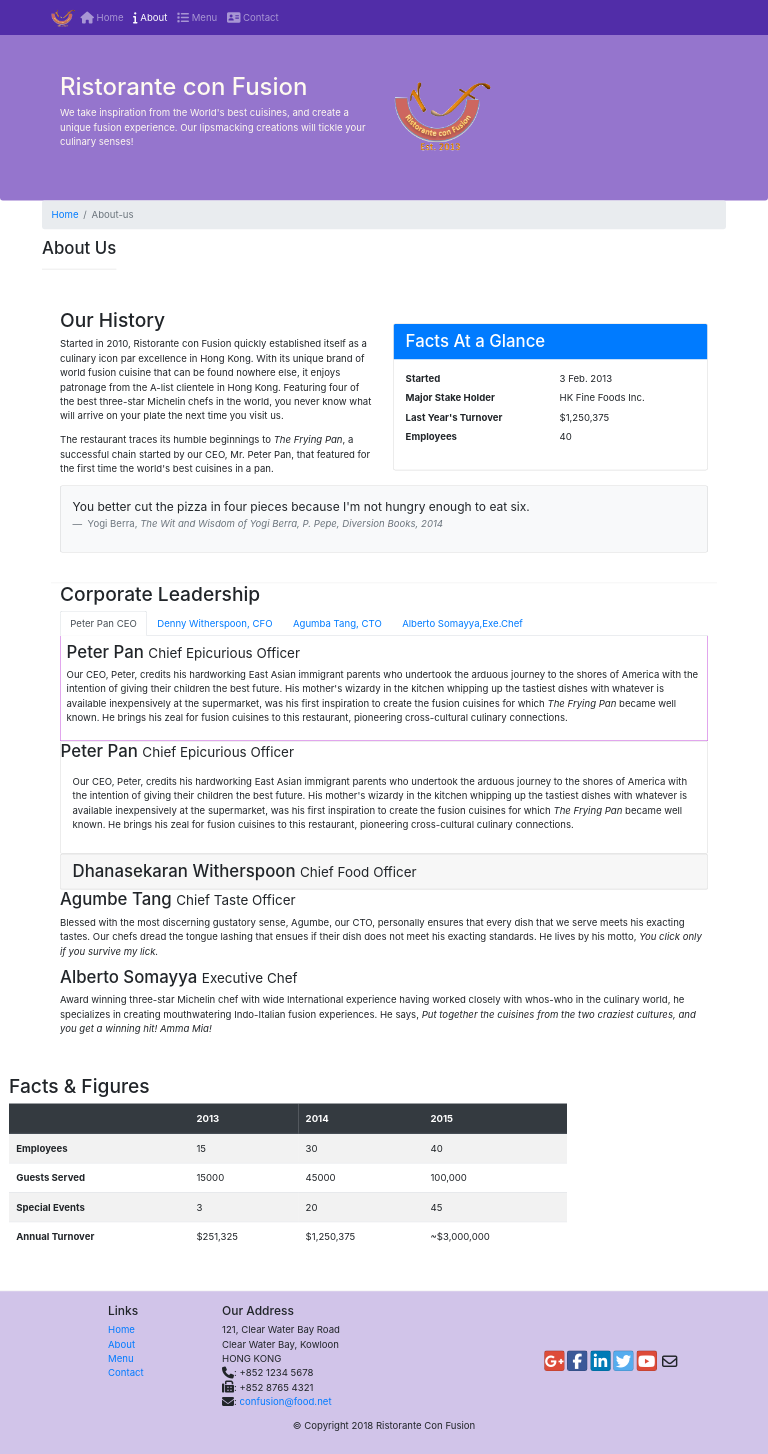
Repository: Samkiroko/Boostrap_intro
Page: about-us.html
An editor plug-in stored every save of this project. The page is shown before and after the next save, followed by the edit.
The browser window is 1280 px wide. The pictures show the whole page, at 60% of full size.
Some web libraries are served in a nearby version.

Above is the page before, as saved 2020-02-05 11:43:31.

After the next save:
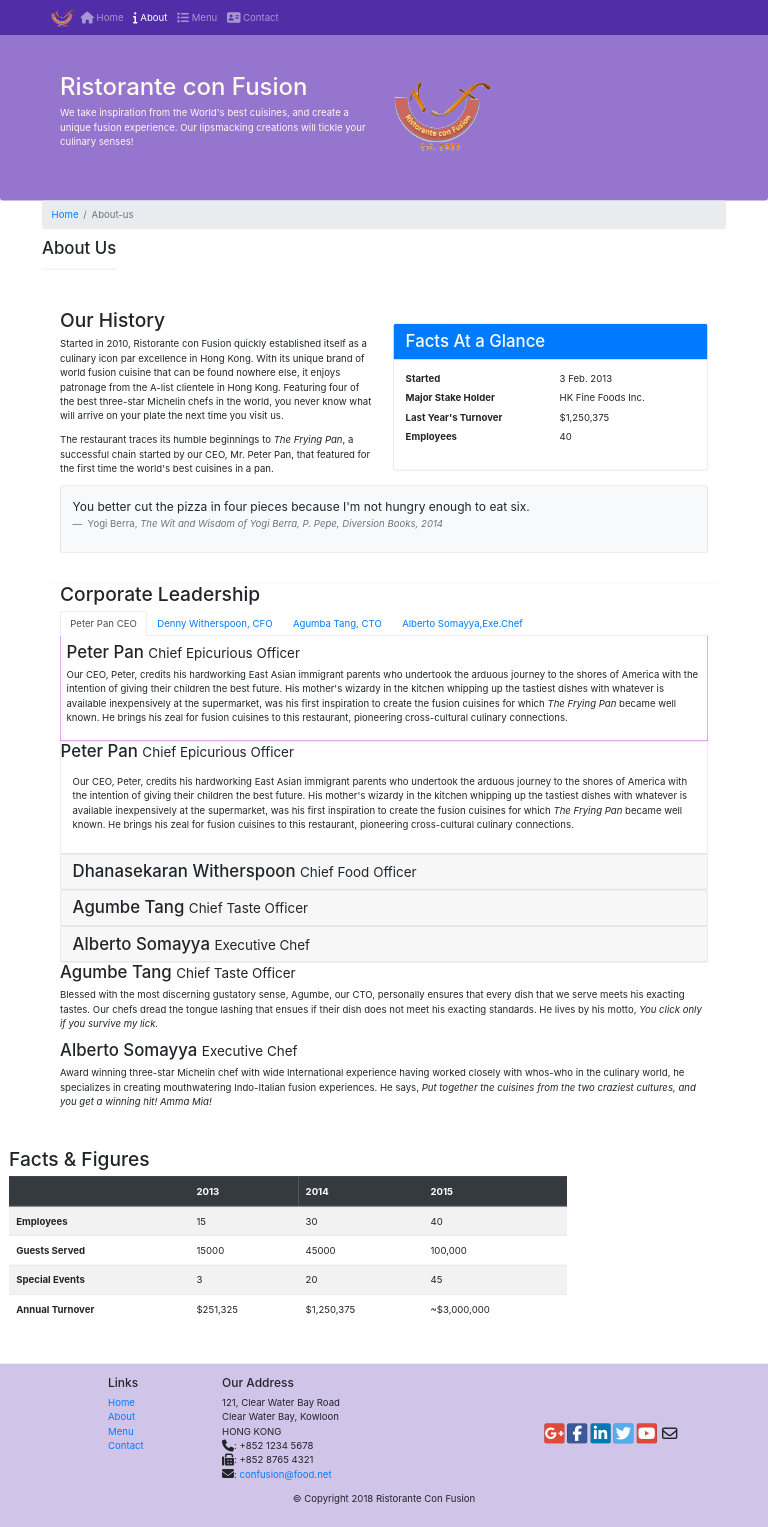
Saved 85 s later.
--- a/about-us.html
+++ b/about-us.html
@@ -293,6 +293,34 @@
                 </div>
               </div>
             </div>
+            <div class="card">
+                            <div class="card-header" role="tab" id="agumbehead">
+                            <h3 class="mb-0">
+                                <a class="collapsed" data-toggle="collapse" data-target="#agumbe">
+                                Agumbe Tang <small>Chief Taste Officer</small>
+                                </a>
+                            </h3>
+                        </div>
+                        <div class="collapse" id="agumbe" data-parent="#accordion">
+                            <div class="card-body">
+                                <p class="d-none d-sm-block">. . .</p>
+                            </div>
+                        </div>
+                    </div>
+                    <div class="card">
+                            <div class="card-header" role="tab" id="albertohead">
+                            <h3 class="mb-0">
+                                <a class="collapsed" data-toggle="collapse" data-target="#alberto">
+                                Alberto Somayya <small>Executive Chef</small>
+                                </a>
+                            </h3>
+                        </div>
+                        <div class="collapse" id="alberto" data-parent="#accordion">
+                            <div class="card-body">
+                                <p class="d-none d-sm-block">. . .</em></p>
+                            </div>
+                        </div>
+                    </div>
           </div>
           <div role="tabpanel" class="tab-pane fade show " id="agumba">
             <h3>Agumbe Tang <small>Chief Taste Officer</small></h3>
